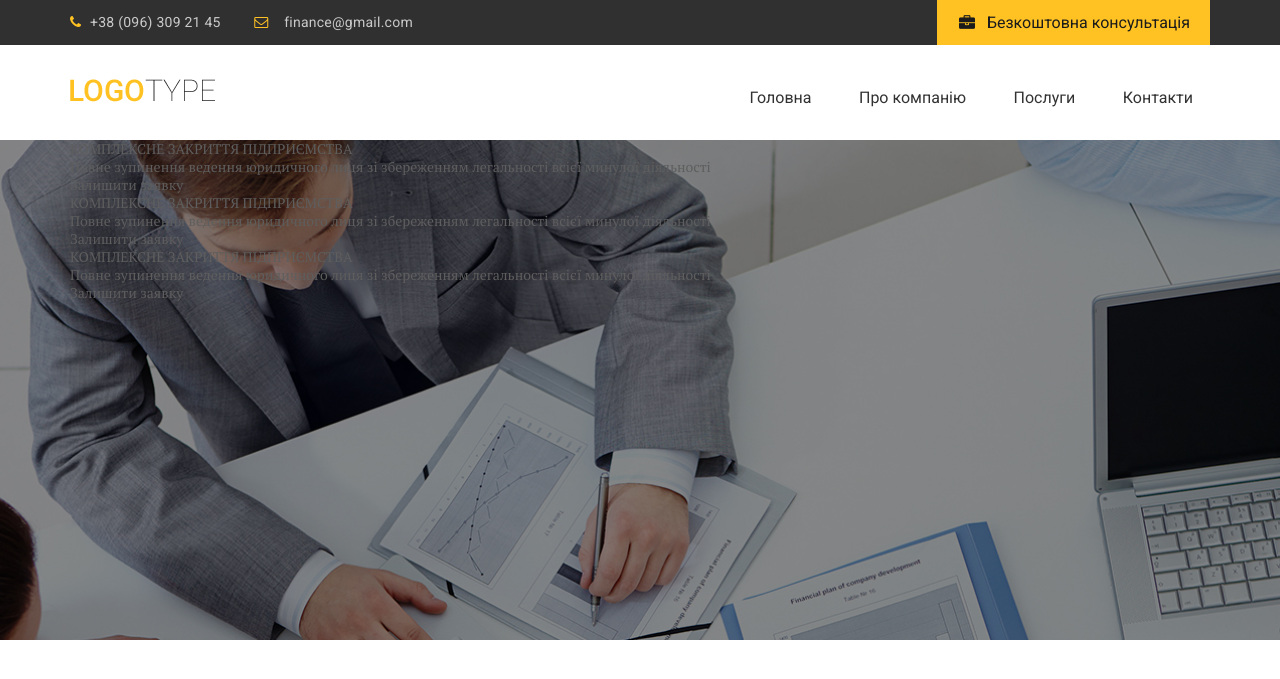
Repository: oliachipko/companysait
Page: index.html
The author's editor kept a copy of each file at every save. The page is drawn from the files as they stood at one save, then again after the next save.
The browser window is 1280 px wide. The pictures show the whole page.

Above is the page before, as saved 2020-11-17 01:35:14.

### index.html
<!DOCTYPE html>
<html lang="en">
  <head>
    <meta charset="UTF-8" />
    <meta name="viewport" content="width=device-width, initial-scale=1.0" />
    <title>Document</title>
    <link rel="preconnect" href="https://fonts.gstatic.com" />
    <link
      href="https://fonts.googleapis.com/css2?family=PT+Serif:wght@400;700&family=Roboto:wght@400;500;700&display=swap"
      rel="stylesheet"/>
    <link rel="stylesheet" href="css/normalize.css" />
    <link rel="stylesheet" href="css/fonts.css">
    <link rel="stylesheet" href="css/jquery.fancybox.min.css">
    <link rel="stylesheet" href="css/slick.css">
    <link rel="stylesheet" href="css/style.css" />
  </head>
  <body>
    <header class="header">
      <div class="header__top">
        <div class="container">
          <div class="header__contacts">
            <a class="header__phone" href="tel:380963092145">+38 (096) 309 21 45</a>
            <a class="header__email" href="#">finance@gmail.com</a>
            <a data-fancybox data-src="#modal" href="javascript:;" href="#" class="header__btn">Безкоштовна консультація</a>
          </div>
        </div>
      </div>
      <div class="header__content">
        <div class="container">
          <div class="header__content-inner">
            <div class="header__logo">
              <a href="#">
                <img src="img/logo.png" alt="" />
              </a>
            </div>
            <nav class="menu">
              <ul>
                <li><a href="#">Головна</a></li>
                <li><a href="#">Про компанію</a></li>
                <li><a href="#">Послуги</a></li>
                <li><a href="#">Контакти</a></li>
              </ul>
            </nav>
          </div>
        </div>
      </div>
    </header>
    <section class="slider">
      <div class="container">
        <div class="slider__inner">
          <div class="slider__item">
            <div class="slider__title">
              КОМПЛЕКСНЕ ЗАКРИТТЯ ПІДПРИЄМСТВА

            </div>
            <div class="slider__text">
              Повне зупинення ведення юридичного лиця
               зі збереженням легальності всієї минулої діяльності
            </div>
            <div class="slider__btn">
              Залишити заявку
            </div>
          </div>

          <div class="slider__item">
            <div class="slider__title">
              КОМПЛЕКСНЕ ЗАКРИТТЯ ПІДПРИЄМСТВА

            </div>
            <div class="slider__text">
              Повне зупинення ведення юридичного лиця
               зі збереженням легальності всієї минулої діяльності
            </div>
            <div class="slider__btn">
              Залишити заявку
            </div>
          </div>

          <div class="slider__item">
            <div class="slider__title">
              КОМПЛЕКСНЕ ЗАКРИТТЯ ПІДПРИЄМСТВА

            </div>
            <div class="slider__text">
              Повне зупинення ведення юридичного лиця
               зі збереженням легальності всієї минулої діяльності
            </div>
            <div class="slider__btn">
              Залишити заявку
            </div>
          </div>

        </div>
      </div>
    </section>

    <div  id="modal">
      <h2>Hello!</h2>
      <p>You are awesome!</p>
    </div>


    <script src="https://ajax.googleapis.com/ajax/libs/jquery/3.5.1/jquery.min.js"></script>
    <script src="js/jquery.fancybox.min.js"></script>
    <script src="js/slick.min.js"></script>
    <script src="js/main.js"></script>
  </body>
</html>

### css/fonts.css
@font-face {
  font-family: 'icomoon';
  src:  url('../fonts/icomoon.eot?nqt5zc');
  src:  url('../fonts/icomoon.eot?nqt5zc#iefix') format('embedded-opentype'),
    url('../fonts/icomoon.ttf?nqt5zc') format('truetype'),
    url('../fonts/icomoon.woff?nqt5zc') format('woff'),
    url('../fonts/icomoon.svg?nqt5zc#icomoon') format('svg');
  font-weight: normal;
  font-style: normal;
  font-display: block;
}

[class^="icon-"], [class*=" icon-"] {
  /* use !important to prevent issues with browser extensions that change fonts */
  font-family: 'icomoon' !important;
  speak: never;
  font-style: normal;
  font-weight: normal;
  font-variant: normal;
  text-transform: none;
  line-height: 1;

  /* Better Font Rendering =========== */
  -webkit-font-smoothing: antialiased;
  -moz-osx-font-smoothing: grayscale;
}

.icon-envelope-o:before {
  content: "\f003";
}
.icon-check:before {
  content: "\f00c";
}
.icon-map-marker:before {
  content: "\f041";
}
.icon-phone:before {
  content: "\f095";
}
.icon-briefcase:before {
  content: "\f0b1";
}
.icon-bars:before {
  content: "\f0c9";
}
.icon-navicon:before {
  content: "\f0c9";
}
.icon-reorder:before {
  content: "\f0c9";
}
.icon-angle-left:before {
  content: "\f104";
}
.icon-angle-right:before {
  content: "\f105";
}
.icon-quote-left:before {
  content: "\f10d";
}
.icon-quote-right:before {
  content: "\f10e";
}
.icon-ellipsis-v:before {
  content: "\f142";
}

### css/style.css
* {
    box-sizing: border-box;
}

a{
    text-decoration: none;
    display: inline-block;
}

ul,
li{
    list-style: none;
    margin: 0;
    padding: 0;
}
.container{
    max-width: 1170px;
    margin: 0 auto;
    padding: 0 15px;
}

body{
    font-family: 'PT Serif', serif;
    /*font-family: 'Roboto', sans-serif;*/
    font-weight: 400px;
    font-size: 14px;
    line-height: 18px;
    color: #5e5e5e;

}
header {
    font-family: 'Roboto', sans-serif;
}
.header__top{
   background-color: #303030;
}
.header__btn {
    float: right;
    line-height: 36px;
    color: #1b1b1b;
    background-color: #ffc222;
    padding: 5px 20px 4px 50px;
    font-size: 16px;
    position: relative;
}
.header__btn:before {
    content: "\f0b1";
    font-family: 'icomoon';
    position: absolute;
    left: 22px;
    color: #1b1b1b;
}
.header__contacts:after {
    content: "";
    clear: both;
    display: block;
}
.header__phone,
.header__email {
    color:#cbcacb;
    letter-spacing: 0.25px;
    line-height: 45px;
    position: relative;
}
.header__phone {
    padding-left: 20px;
    padding-right: 30px;
}
.header__phone:before {
    content: "\f095";
    font-family: 'icomoon';
    position: absolute;
    left: 0;
    color: #ffc222;
}
.header__email{
    padding-left: 30px;
}
.header__email:before {
    content: "\f003";
    font-family: 'icomoon';
    position: absolute;
    left: 0;
    color: #ffc222;
}
.header__content {
    padding: 34px 0px 23px;
}
.header__content-inner{
    display: flex;
    justify-content: space-between;
}
.menu li {
    display: inline-block;
}
.menu a{
    color: #323232;
    font-size: 16px;
    line-height: 36px;
    border: 1px solid transparent;
    padding: 0px 16px;
    transition: all .3s;
}
.menu a:hover {
    border-color: #ffc222;
}
.menu li + li{
    padding-left: 10px;
}
#modal {
    display: none;"
}
.slider{
    background-image: url(../img/slider-fon.jpg);
    background-repeat: no-repeat;
    background-size: cover;
    background-position: center;
    min-height: 500px;
}

### js/main.js
$(function(){

$()


});

Loaded but not shown: css/normalize.css (library); css/jquery.fancybox.min.css (library); css/slick.css (common file); js/jquery.fancybox.min.js (library); js/slick.min.js (library)

After the next save:
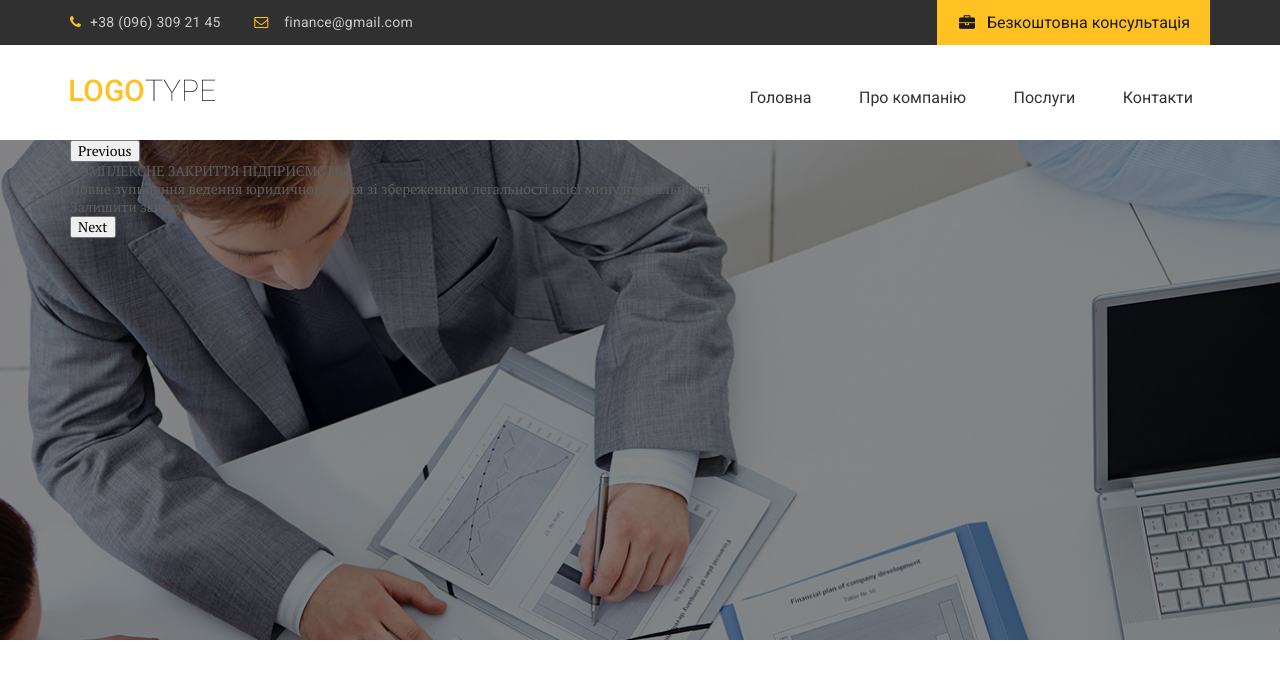
Saved 22 s later.
--- a/js/main.js
+++ b/js/main.js
@@ -1,6 +1,6 @@
 $(function(){
 
-$()
+$('.slider__inner').slick();
 
 
 });
